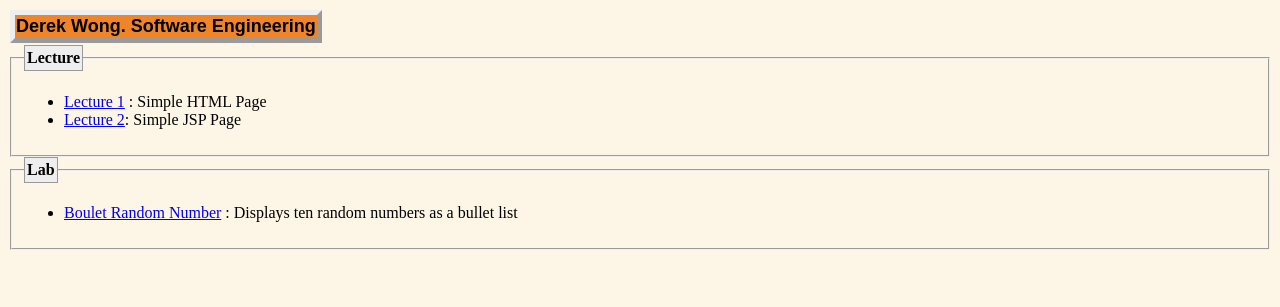
Repository: derekpwwong/jee-workspace
Page: workspace/WebServlet/WebContent/index.html
An editor plug-in stored every save of this project. The page is shown before and after the next save, followed by the edit.
The browser window is 1280 px wide. The pictures show the whole page.

Above is the page before, as saved 2016-10-08 19:59:25.

### workspace/WebServlet/WebContent/index.html
<!DOCTYPE html>
<html>
<head>
<meta charset="ISO-8859-1">
<title>Index</title>
<link rel="stylesheet" type ="text/css" href="css/style.css">
</head>
<body>
<Div>
<table>
<tr>
<th class="title" align="center">
Derek Wong. Software Engineering
</th>
</tr>
</table>
</Div>
<Form>
<fieldset>
<legend> Lecture</legend>
<ul>
<li><a href="lecture1.html">Lecture 1</a> : Simple HTML Page</li>
<li><a href="lecture2.jsp">Lecture 2</a>: Simple JSP Page</li>
</ul>
</fieldset>
<fieldset>
<legend> Lab</legend>
<ul>
<li><a href="BouletRandomNumber">Boulet Random Number</a> : Displays ten random numbers as a bullet list</li>

</ul>
</fieldset>
</Form>
</body>
</html>

### workspace/WebServlet/WebContent/css/style.css
body { background-color: #fdf5e6 }
a:hover { color: red }
.title {
  margin-left: auto;
  margin-right: auto;
  border-width: 5px;
  border-spacing: 2px;
  border-style: outset;
  text-align:center;
}
.title th {
  background-color: #ef8429;
  font-size: 28px;
  font-family: Arial, Helvetica, sans-serif;
}
th { background-color: #ef8429;
     font-size: 18px;
     font-family: Arial, Helvetica, sans-serif;
}
td { font-size: 18px;
     font-family: Arial, Helvetica, sans-serif;
}
legend {
  font-weight: bold;
  color: black;
  background-color: #eeeeee;
  border: 1px solid #999999;
  padding: 3px 2px;
}
.ajaxResult { color: #440000;
              font-weight: bold;
              font-size: 18px;
              font-family: Arial, Helvetica, sans-serif;
}
h2 { color: #440000;
	  font-weight: bold;
	  font-size: 18px;
	  font-family: Arial, Helvetica, sans-serif;
}
.error { background-color: yellow;
	      color: red;
	      font-weight: bold;
	      font-size: 20px;
	      font-family: Arial, Helvetica, sans-serif;
	      border-style: inset;
}

After the next save:
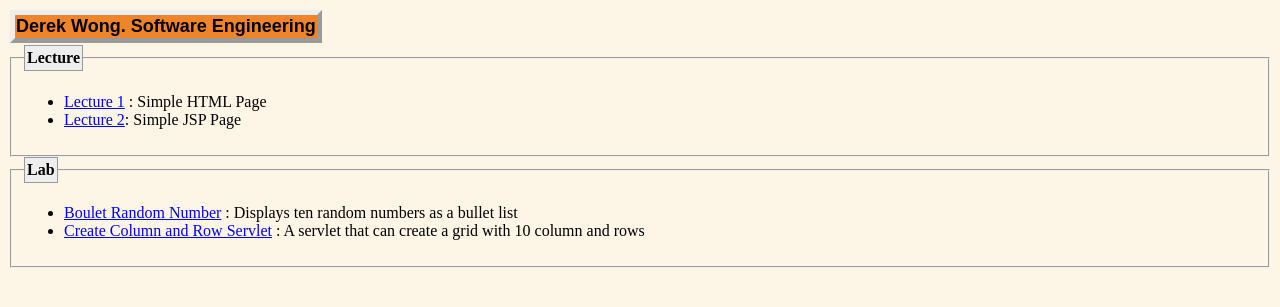
Saved 73 s later.
--- a/workspace/WebServlet/WebContent/index.html
+++ b/workspace/WebServlet/WebContent/index.html
@@ -26,7 +26,9 @@ Derek Wong. Software Engineering
 <fieldset>
 <legend> Lab</legend>
 <ul>
+
 <li><a href="BouletRandomNumber">Boulet Random Number</a> : Displays ten random numbers as a bullet list</li>
+<li><a href="ServletCreateColumnRow">Create Column and Row Servlet</a> : A servlet that can create a grid with 10 column and rows</li>
 
 </ul>
 </fieldset>
